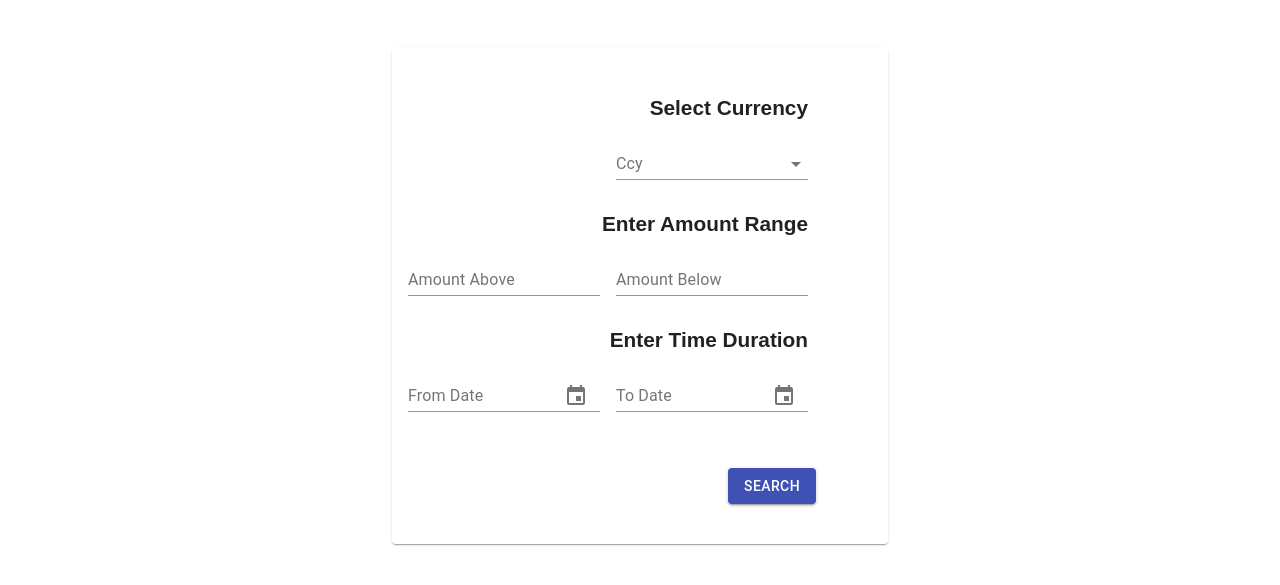
Repository: AmanullaChishty/filter
Page: /
The author's editor kept a copy of each file at every save. The page is drawn from the files as they stood at one save, then again after the next save.
The browser window is 1280 px wide. The pictures show the whole page.
The project was rebuilt for these pictures with package versions that can differ from the ones it lists, and the page was loaded fresh each time. Imported but missing from the stored project, and not drawn on this page: src/reducers/simpleReducer.

Above is the page before, as saved 2020-01-26 21:47:27.

After the next save:
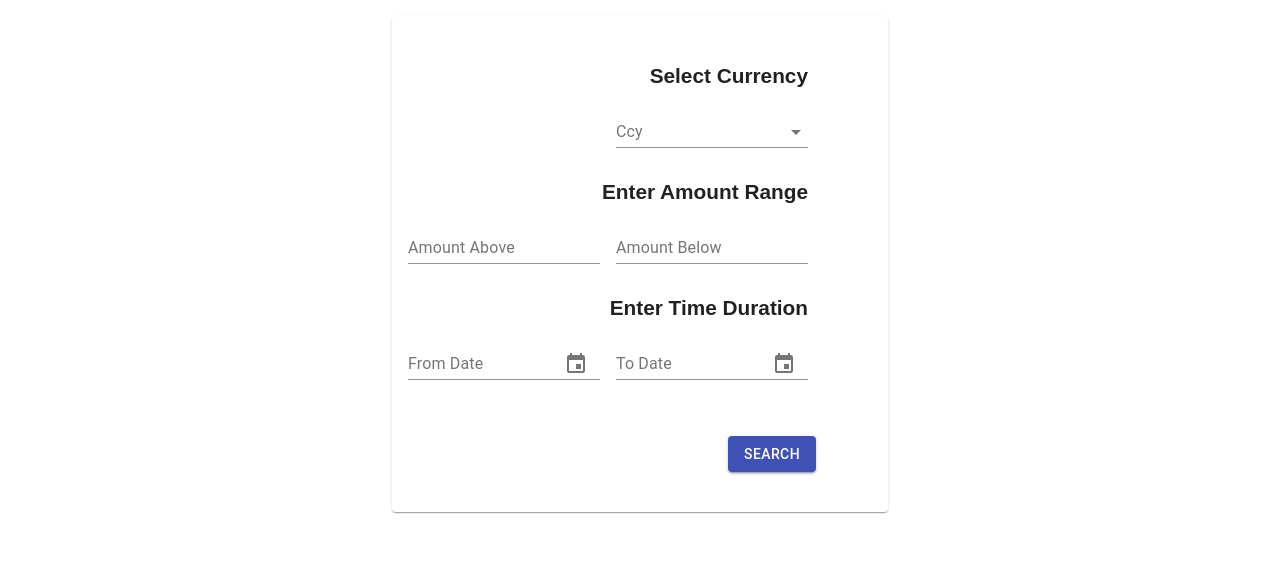
Saved 61 s later.
--- a/src/searchBar/components/searchBar.js
+++ b/src/searchBar/components/searchBar.js
@@ -91,7 +91,7 @@ class SearchBar extends Component {
 
     return (
       <Grid style={{display:'flex',justifyContent:'center',alignItems:'center',flexDirection:'column'}}>
-    <Card style={{maxWidth:400,width:'100%',padding:'2em 4em 2em 2em',margin:'3em'}}>
+    <Card style={{maxWidth:400,width:'100%',padding:'2em 4em 2em 2em',marginTop:'1em'}}>
       <CardContent>
             <Grid style={sectionGrid}>
               <span style={sectionLabel}>Select Currency</span>
